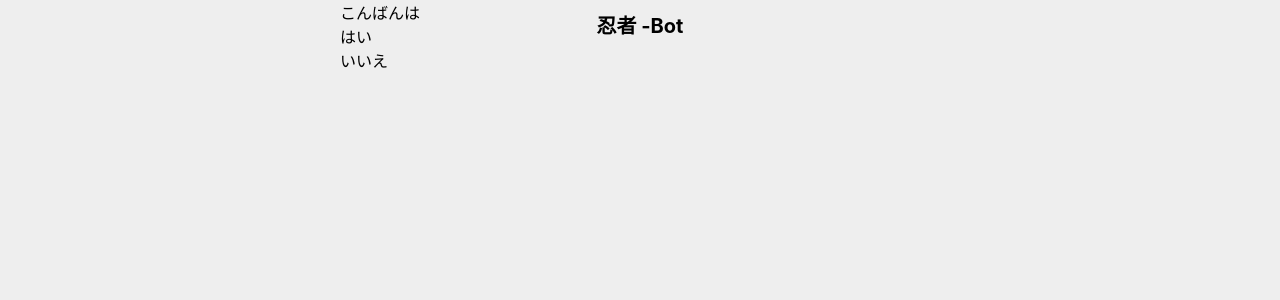
Repository: t0chan/bot
Page: index.html
These files come from the project's save history. The page is drawn as it stood at one moment and after the next save; the edit follows.
The browser window is 1280 px wide. The pictures show the whole page.

Above is the page before, as saved 2021-11-01 18:07:36.

### index.html
<!DOCTYPE html>
<html lang="ja">
<head>
    <meta charset="UTF-8">
    <meta http-equiv="X-UA-Compatible" content="IE=edge">
    <meta name="viewport" content="width=device-width, initial-scale=1.0">
    <link rel="stylesheet" href="style.css">
    <title>忍者bot</title>
</head>
<body>
   <div class="wrapper">
       <h1>忍者 -Bot</h1>

       <!-- 画面 -->
       <div id="field">
           <ul id="chat-ul">
               <li>こんばんは</li>
           </ul>
       </div>
       <!-- 入力場所、送信ボタン -->
       <div id="input-field">
           <ul id="select-list">
               <li>はい</li>
               <li>いいえ</li>
           </ul>
       </div>
   </div>
   <script src="https://code.jquery.com/jquery-3.5.0.js"></script>
   <script src="questions.js"></script>
   <script src="main.js"></script>
</body>
</html>

### style.css
* {
    margin: 0;
    padding: 0;
    list-style: none;
    box-sizing: border-box;
    font-family: -apple-system, BlinkMacSystemFont, "Helvetica Neue", YuGothic, "ヒラギノ角ゴ ProN W3", Hiragino Kaku Gothic ProN, Arial, "メイリオ", Meiryo, sans-serif;
}

body {
    background: #eee;
}

img {
    width: 100%;
    height: auto;
}

.wrapper {
    max-width: 600px;
    margin: 0 auto;
}
h1 {
    position: fixed;
    top: 0;
    left: 50%;
    transform: translateX(-50%);
    max-width: 600px;
    width: 100%;
    z-index: 10;
    padding: 10px 0;
    text-align: center;
    background: #;
    font-size: 20px;
}

Loaded but not shown: main.js (no copy from this time; the picture is the same without it); questions.js (no copy from this time; the picture is the same without it)

After the next save:
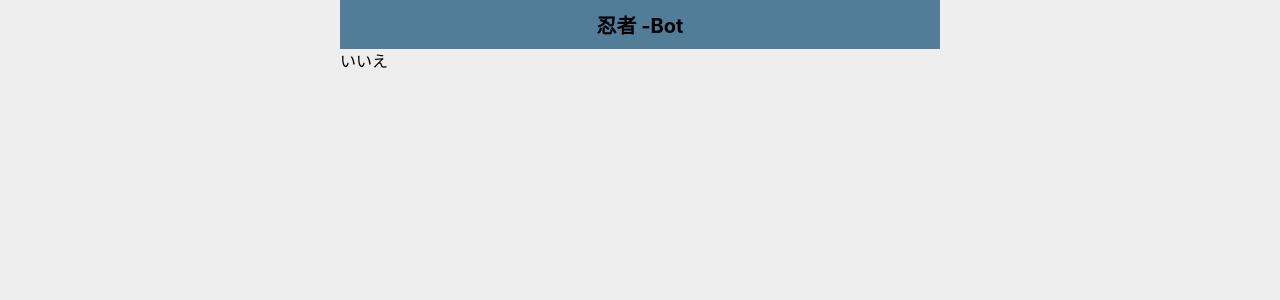
Saved 5 s later.
--- a/style.css
+++ b/style.css
@@ -29,6 +29,6 @@
     z-index: 10;
     padding: 10px 0;
     text-align: center;
-    background: #;
+    background: #517D99;
     font-size: 20px;
 }
